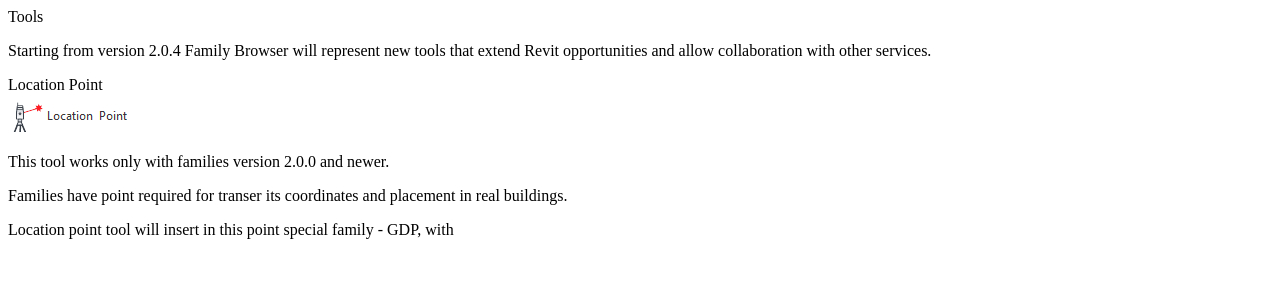
Repository: RomanLavrov/FamilyBrowserUserGuide
Page: http://localhost/FamilyBrowser/application/views/en/tools_view.php
The author's editor kept a copy of each file at every save. The page is drawn from the files as they stood at one save, then again after the next save.
The browser window is 1280 px wide. The pictures show the whole page.
The page is run by PHP 8.4 with error messages shown; the project is at /var/www/html/.

Above is the page before, as saved 2019-10-24 11:56:10.

### FamilyBrowser/application/views/en/tools_view.php
<div class="article-header">Tools</div>
<div class="article-content">
      <p>
            Starting from version 2.0.4 Family Browser will represent new tools that extend Revit opportunities and
            allow collaboration with other services. </p>
</div>

<div class="article-header">Location Point</div>
<div class="article-content">
<img  src="/FamilyBrowser/images/LocationPointButton_en.png" alt="">
      <p>This tool works only with families version 2.0.0 and newer.</p>
      <p>Families have point required for transer its coordinates and placement in real buildings.</p>
      <p>Location point tool will insert in this point special family - GDP, with
</div>

After the next save:
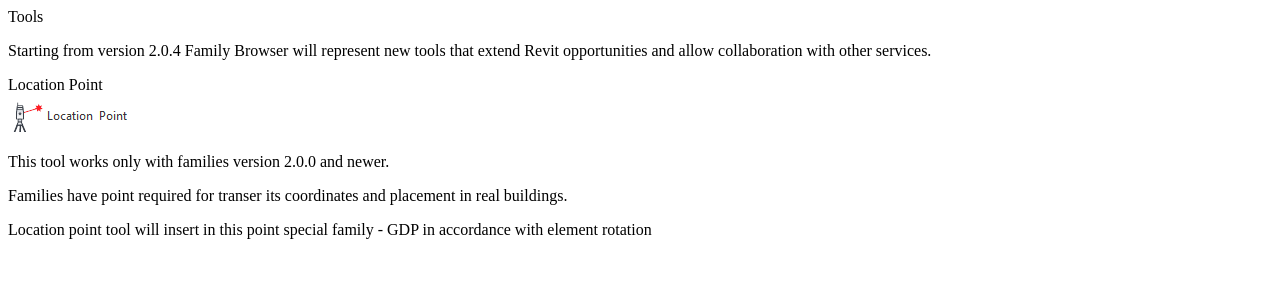
Saved 11 s later.
--- a/FamilyBrowser/application/views/en/tools_view.php
+++ b/FamilyBrowser/application/views/en/tools_view.php
@@ -10,5 +10,5 @@
 <img  src="/FamilyBrowser/images/LocationPointButton_en.png" alt="">
       <p>This tool works only with families version 2.0.0 and newer.</p>
       <p>Families have point required for transer its coordinates and placement in real buildings.</p>
-      <p>Location point tool will insert in this point special family - GDP, with
+      <p>Location point tool will insert in this point special family - GDP in accordance with element rotation
 </div>
